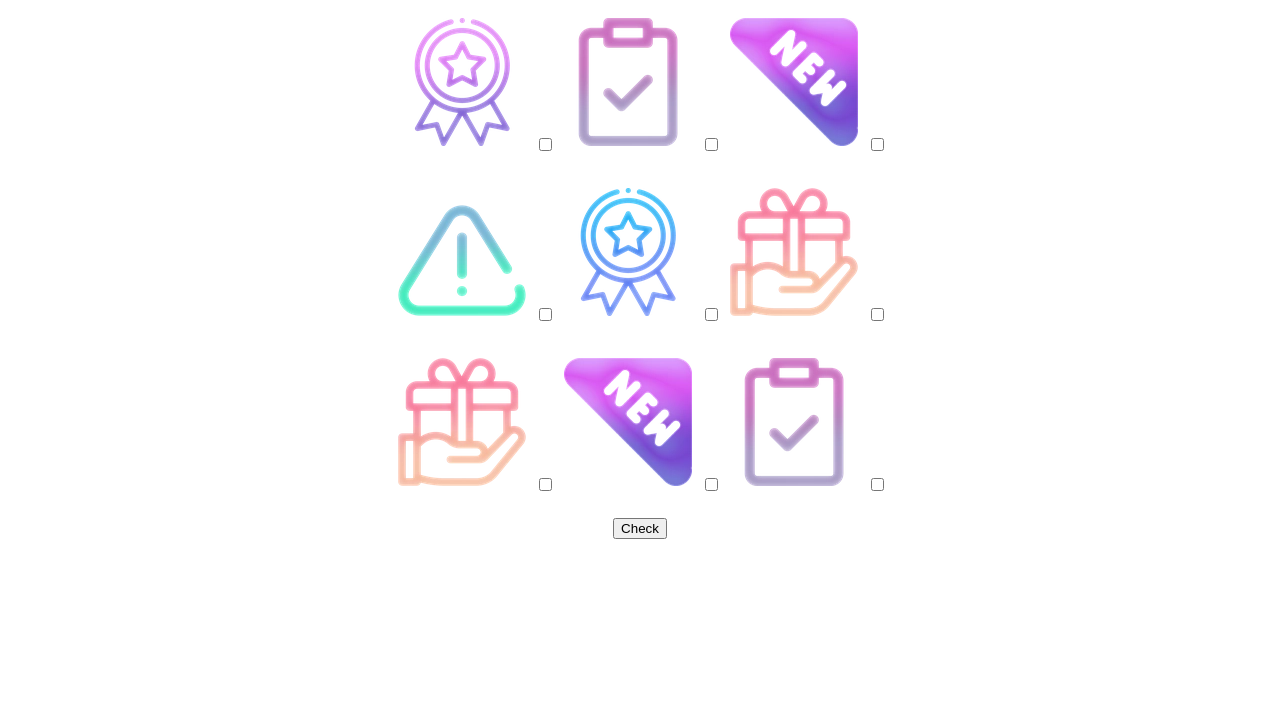
Repository: vichubenzene/-MWin_ui
Page: main.html
The author's editor kept a copy of each file at every save. The page is drawn from the files as they stood at one save, then again after the next save.
The browser window is 1280 px wide. The pictures show the whole page.

Above is the page before, as saved 2022-10-10 16:35:41.

### main.html
<!DOCTYPE html>
<html>

<head>
    <style>
        .column {
            float: center;
            padding: 5px;
            min-width: "22vh";
            min-height: "22vh";
        }
        /* Clear floats after image containers */

        .row::after {
            content: "";
            float: center;
            clear: both;
            display: table;
        }
    </style>
</head>

<body>
    <div class="row" style=" text-align: center">
        <div class="column" style=" text-align: center">

            <img src="images/834538140450160661.png" id="i1" alt="Snow" style="padding: 5px">
            <input type="checkbox" id="myCheckbox1" />
            <img src="images/834541394987057242.png" id="i2" alt="Snow" style="padding: 5px">
            <input type="checkbox" id="myCheckbox2" />
            <img src="images/834535415628562442 (1).png" id="i3" alt="Snow" style=" padding: 5px">
            <input type="checkbox" id="myCheckbox3" />
        </div>
    </div>
    <br>
    <div class="row" style=" text-align: center">
        <div class="column" style=" text-align: center">
            <img src="images/834541395074613248.png" id="i4" alt="Snow" style="padding: 5px">
            <input type="checkbox" id="myCheckbox4" />
            <img src="images/834541395930251336.png" id="i5" alt="Snow" style="padding: 5px">
            <input type="checkbox" id="myCheckbox5" />
            <img src="images/834541395749371916.png" id="i6" alt="Snow" style="padding: 5px">
            <input type="checkbox" id="myCheckbox6" />

        </div>
    </div>
    <br>
    <div class="row" style=" text-align: center">
        <div class="column" style=" text-align: center">
            <img src="images/834541395749371916.png" id="i7" alt="Snow" style="padding: 5px">
            <input type="checkbox" id="myCheckbox7" />
            <img src="images/834535415628562442 (1).png" id="i8" alt="Snow" style="padding: 5px">
            <input type="checkbox" id="myCheckbox8" />
            <img src="images/834541394987057242.png" id="i9" alt="Snow" style="padding: 5px">
            <input type="checkbox" id="myCheckbox9" />
        </div>
    </div>
    <br>
    <div style="text-align: center;">
        <button onclick="check()">Check</button>

    </div>
    <script>
        async function check() {
            console.log("cb.checked");
            var i1 = document.getElementById('i1');
            var i2 = document.getElementById('i2');
            var i3 = document.getElementById('i3');
            var i4 = document.getElementById('i4');
            var i5 = document.getElementById('i5');
            var i6 = document.getElementById('i6');
            var i7 = document.getElementById('i7');
            var i8 = document.getElementById('i8');
            var i9 = document.getElementById('i9');
            var c1 = document.getElementById('myCheckbox1');
            var c2 = document.getElementById('myCheckbox2');
            var c3 = document.getElementById('myCheckbox3');
            var c4 = document.getElementById('myCheckbox4');
            var c5 = document.getElementById('myCheckbox5');
            var c6 = document.getElementById('myCheckbox6');
            var c7 = document.getElementById('myCheckbox7');
            var c8 = document.getElementById('myCheckbox8');
            var c9 = document.getElementById('myCheckbox9');
            const items = ["images/834535415628562442 (1).png", "images/834538140450160661.png", "images/834541394987057242.png", "images/834541395074613248.png", "images/834541395749371916.png", "images/834541395930251336.png"];
            if (c1.checked) {
                i1.src = items[Math.floor(Math.random() * items.length)];
            }
        }
    </script>
</body>

</html>

After the next save:
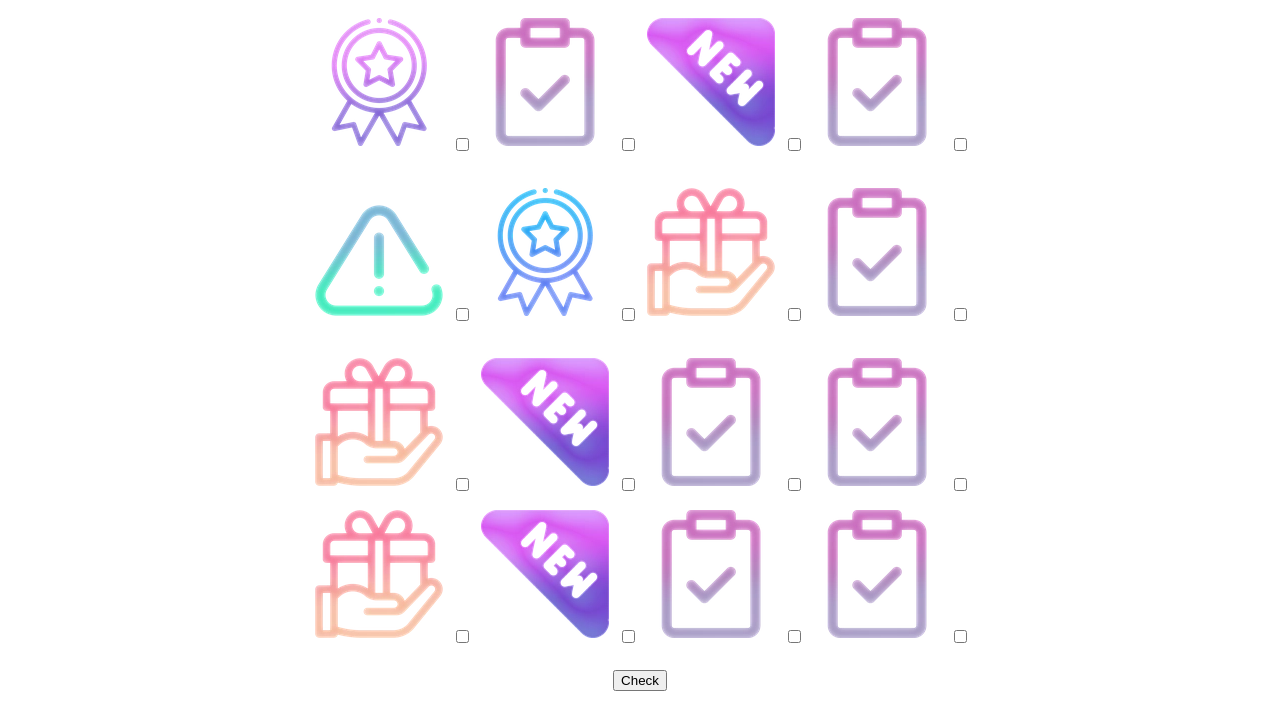
Saved 2 min 9 s later.
--- a/main.html
+++ b/main.html
@@ -30,6 +30,8 @@
             <input type="checkbox" id="myCheckbox2" />
             <img src="images/834535415628562442 (1).png" id="i3" alt="Snow" style=" padding: 5px">
             <input type="checkbox" id="myCheckbox3" />
+            <img src="images/834541394987057242.png" id="i10" alt="Snow" style="padding: 5px">
+            <input type="checkbox" id="myCheckbox10" />
         </div>
     </div>
     <br>
@@ -41,6 +43,8 @@
             <input type="checkbox" id="myCheckbox5" />
             <img src="images/834541395749371916.png" id="i6" alt="Snow" style="padding: 5px">
             <input type="checkbox" id="myCheckbox6" />
+            <img src="images/834541394987057242.png" id="i11" alt="Snow" style="padding: 5px">
+            <input type="checkbox" id="myCheckbox11" />
 
         </div>
     </div>
@@ -53,6 +57,20 @@
             <input type="checkbox" id="myCheckbox8" />
             <img src="images/834541394987057242.png" id="i9" alt="Snow" style="padding: 5px">
             <input type="checkbox" id="myCheckbox9" />
+            <img src="images/834541394987057242.png" id="i12" alt="Snow" style="padding: 5px">
+            <input type="checkbox" id="myCheckbox12" />
+        </div>
+    </div>
+    <div class="row" style=" text-align: center">
+        <div class="column" style=" text-align: center">
+            <img src="images/834541395749371916.png" id="i13" alt="Snow" style="padding: 5px">
+            <input type="checkbox" id="myCheckbox13" />
+            <img src="images/834535415628562442 (1).png" id="i14" alt="Snow" style="padding: 5px">
+            <input type="checkbox" id="myCheckbox14" />
+            <img src="images/834541394987057242.png" id="i15" alt="Snow" style="padding: 5px">
+            <input type="checkbox" id="myCheckbox15" />
+            <img src="images/834541394987057242.png" id="i16" alt="Snow" style="padding: 5px">
+            <input type="checkbox" id="myCheckbox16" />
         </div>
     </div>
     <br>
@@ -72,6 +90,13 @@
             var i7 = document.getElementById('i7');
             var i8 = document.getElementById('i8');
             var i9 = document.getElementById('i9');
+            var i9 = document.getElementById('i9');
+            var i9 = document.getElementById('i9');
+            var i9 = document.getElementById('i9');
+            var i9 = document.getElementById('i9');
+            var i9 = document.getElementById('i9');
+            var i9 = document.getElementById('i9');
+            var i9 = document.getElementById('i9');
             var c1 = document.getElementById('myCheckbox1');
             var c2 = document.getElementById('myCheckbox2');
             var c3 = document.getElementById('myCheckbox3');
@@ -81,10 +106,66 @@
             var c7 = document.getElementById('myCheckbox7');
             var c8 = document.getElementById('myCheckbox8');
             var c9 = document.getElementById('myCheckbox9');
+            var c9 = document.getElementById('myCheckbox9');
+            var c9 = document.getElementById('myCheckbox9');
+            var c9 = document.getElementById('myCheckbox9');
+            var c9 = document.getElementById('myCheckbox9');
+            var c9 = document.getElementById('myCheckbox9');
+            var c9 = document.getElementById('myCheckbox9');
+            var c9 = document.getElementById('myCheckbox9');
             const items = ["images/834535415628562442 (1).png", "images/834538140450160661.png", "images/834541394987057242.png", "images/834541395074613248.png", "images/834541395749371916.png", "images/834541395930251336.png"];
             if (c1.checked) {
                 i1.src = items[Math.floor(Math.random() * items.length)];
             }
+            if (c1.checked) {
+                i1.src = items[Math.floor(Math.random() * items.length)];
+            }
+            if (c1.checked) {
+                i1.src = items[Math.floor(Math.random() * items.length)];
+            }
+            if (c1.checked) {
+                i1.src = items[Math.floor(Math.random() * items.length)];
+            }
+            if (c1.checked) {
+                i1.src = items[Math.floor(Math.random() * items.length)];
+            }
+            if (c1.checked) {
+                i1.src = items[Math.floor(Math.random() * items.length)];
+            }
+            if (c1.checked) {
+                i1.src = items[Math.floor(Math.random() * items.length)];
+            }
+            if (c1.checked) {
+                i1.src = items[Math.floor(Math.random() * items.length)];
+            }
+            if (c1.checked) {
+                i1.src = items[Math.floor(Math.random() * items.length)];
+            }
+            if (c1.checked) {
+                i1.src = items[Math.floor(Math.random() * items.length)];
+            }
+            if (c1.checked) {
+                i1.src = items[Math.floor(Math.random() * items.length)];
+            }
+            if (c1.checked) {
+                i1.src = items[Math.floor(Math.random() * items.length)];
+            }
+            if (c1.checked) {
+                i1.src = items[Math.floor(Math.random() * items.length)];
+            }
+            if (c1.checked) {
+                i1.src = items[Math.floor(Math.random() * items.length)];
+            }
+            if (c1.checked) {
+                i1.src = items[Math.floor(Math.random() * items.length)];
+            }
+            if (c1.checked) {
+                i1.src = items[Math.floor(Math.random() * items.length)];
+            }
+            if (c1.checked) {
+                i1.src = items[Math.floor(Math.random() * items.length)];
+            }
+
         }
     </script>
 </body>
